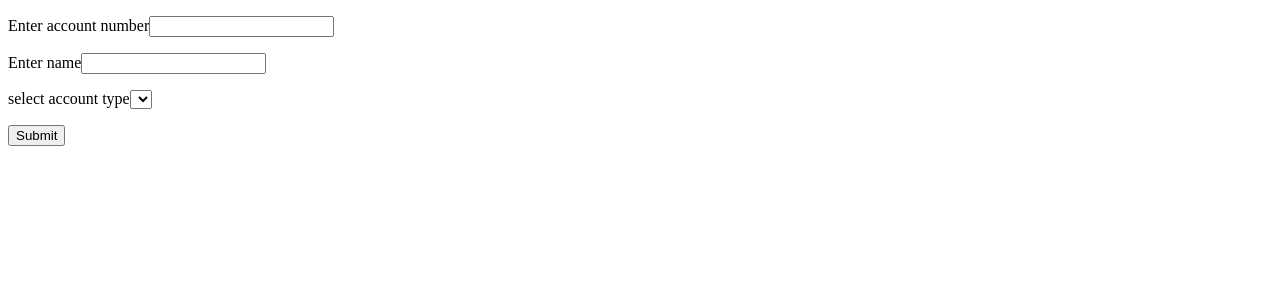
Repository: abhinavan/BankAccountProject
Page: http://localhost/BankAccountProject/
An editor plug-in stored every save of this project. The page is shown before and after the next save, followed by the edit.
The browser window is 1280 px wide. The pictures show the whole page.
The page is served by Tomcat 9. Other server files are loaded and not shown.

Above is the page before, as saved 2016-08-09 10:02:11.

### BankAccountProject/WebContent/index.jsp
<%@ page language="java" contentType="text/html; charset=ISO-8859-1"
    pageEncoding="ISO-8859-1"%>
<!DOCTYPE html PUBLIC "-//W3C//DTD HTML 4.01 Transitional//EN" "http://www.w3.org/TR/html4/loose.dtd">
<html>
<head>
<meta http-equiv="Content-Type" content="text/html; charset=ISO-8859-1">
<title>Insert title here</title>
</head>
<body>
<form action="Validate" method="post">
<p><label>Enter account number</label><input type="number" name="accNo"/></p>
<p><label>Enter name</label><input type="text" name="name"/></p>
<p><label>select account type</label><select name="accountType"><option value="savings" value="savings">
											 <option name="current" value="current">
									</select></p>

<p><input type="submit" value="Submit"></p>
</form>
</body>
</html>

After the next save:
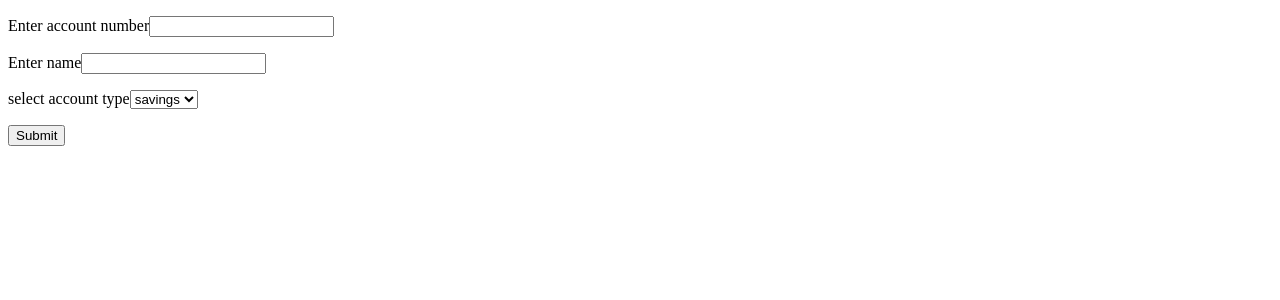
Saved 11 s later.
--- a/BankAccountProject/WebContent/index.jsp
+++ b/BankAccountProject/WebContent/index.jsp
@@ -10,7 +10,7 @@
 <form action="Validate" method="post">
 <p><label>Enter account number</label><input type="number" name="accNo"/></p>
 <p><label>Enter name</label><input type="text" name="name"/></p>
-<p><label>select account type</label><select name="accountType"><option value="savings" value="savings">
+<p><label>select account type</label><select name="accountType"><option value="savings">savings</option>
 											 <option name="current" value="current">
 									</select></p>
 
